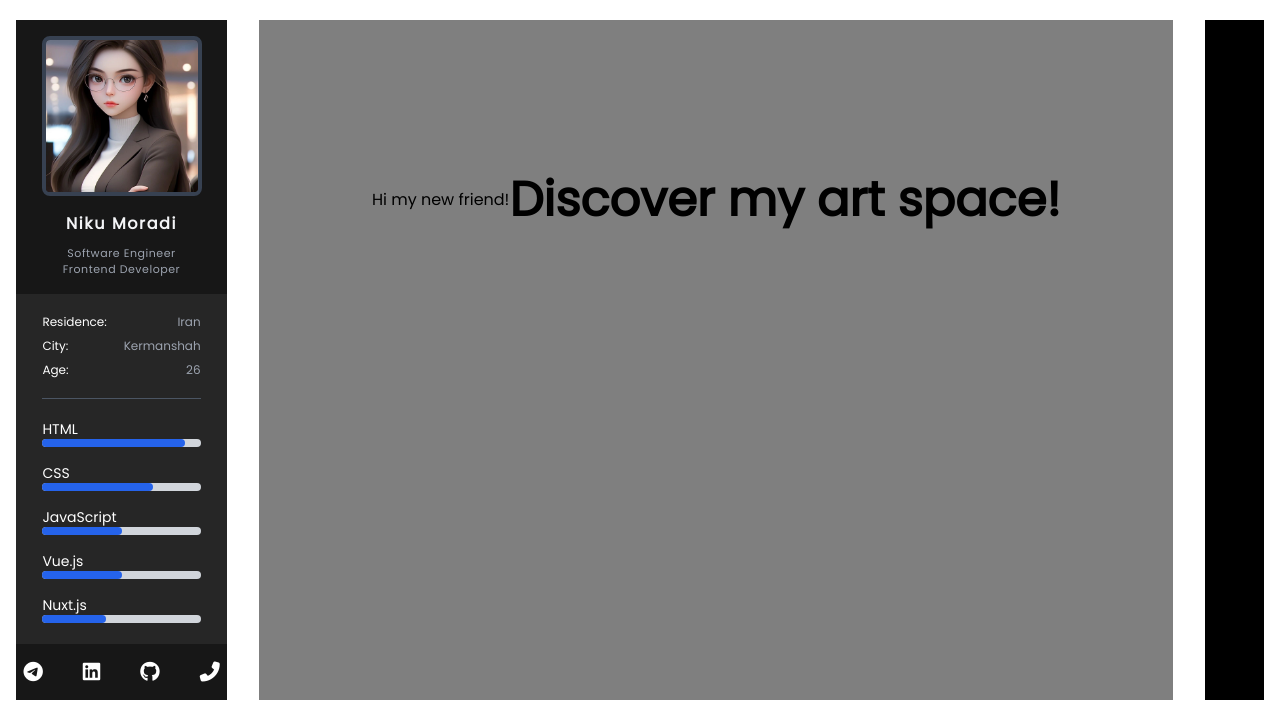
Repository: NikuMoradi/niku-moradi
Page: /
The author's editor kept a copy of each file at every save. The page is drawn from the files as they stood at one save, then again after the next save.
The browser window is 1280 px wide. The pictures show the whole page.
The project was rebuilt for these pictures with package versions that can differ from the ones it lists, and the page was loaded fresh each time. The framework's server and built-in components were replaced by stand-ins that run in the browser. Also part of the build but not shown: nuxt.config.ts, components/Blog Posts/Component-Design.vue, components/Blog.vue, components/Contact.vue, components/Education.vue, components/Experience.vue, components/Hero.vue, components/Menu.vue and 3 more.

Above is the page before, as saved 2024-11-29 15:07:02.

After the next save:
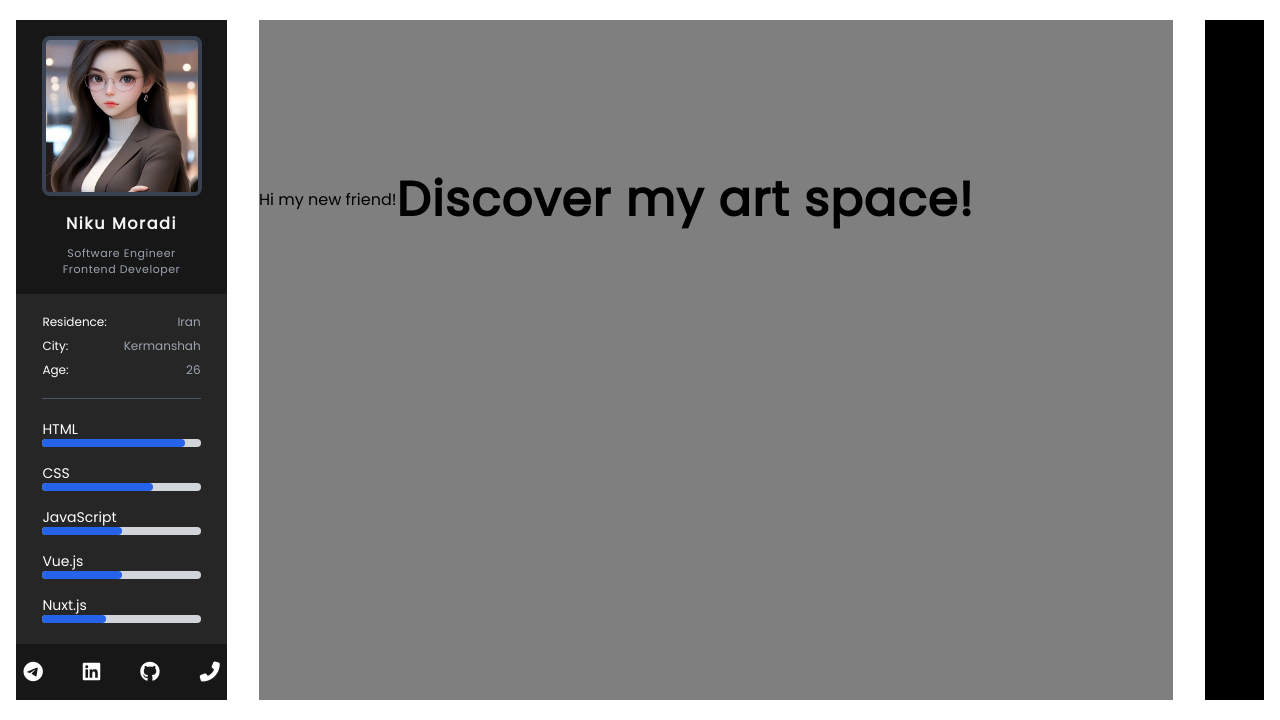
Saved 3 min 54 s later.
--- a/pages/index.vue
+++ b/pages/index.vue
@@ -1,6 +1,10 @@
 <template>
-  <div class="w-full h-[50vh] flex items-center justify-center">
+  <div class="w-full h-[50vh] flex items-center justify-left">
     <p>Hi my new friend!</p>
-    <h1 class="text-5xl font-extrabold">Discover my art space!</h1>
+    <h1 class="text-5xl font-extrabold tracking-wide leading-normal">
+      Discover my art space!
+    </h1>
   </div>
 </template>
+
+<style></style>
